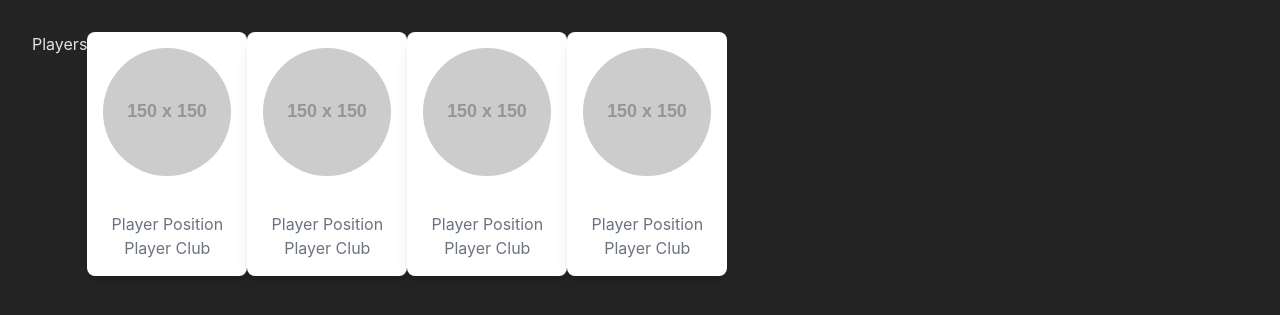
Repository: Hadra92i/movies-search-app
Page: /
The author's editor kept a copy of each file at every save. The page is drawn from the files as they stood at one save, then again after a run of saves.
The browser window is 1280 px wide. The pictures show the whole page.
The project was rebuilt for these pictures with package versions that can differ from the ones it lists, and the page was loaded fresh each time. Also part of the build but not shown: vite.config.js.

Above is the page before, as saved 2023-11-01 11:52:08.

After the next 5 saves:
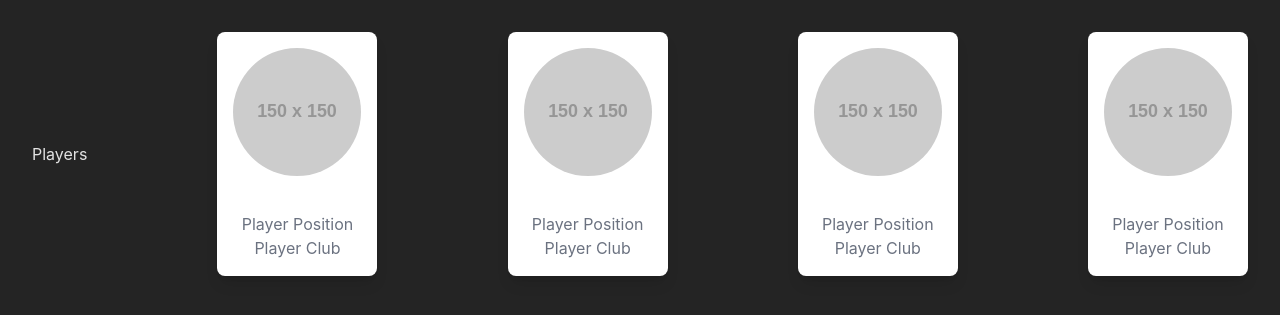
The 5 saves are shown as one change because they came seconds apart.
The last was saved 13 s later.
--- a/src/components/player/Players.jsx
+++ b/src/components/player/Players.jsx
@@ -11,7 +11,7 @@ const Players = () => {
     ];
 
     return (
-        <div className="flex">
+        <div className="flex justify-between items-center">
             <h1>Players</h1>
              {
                 players.map(player => {
